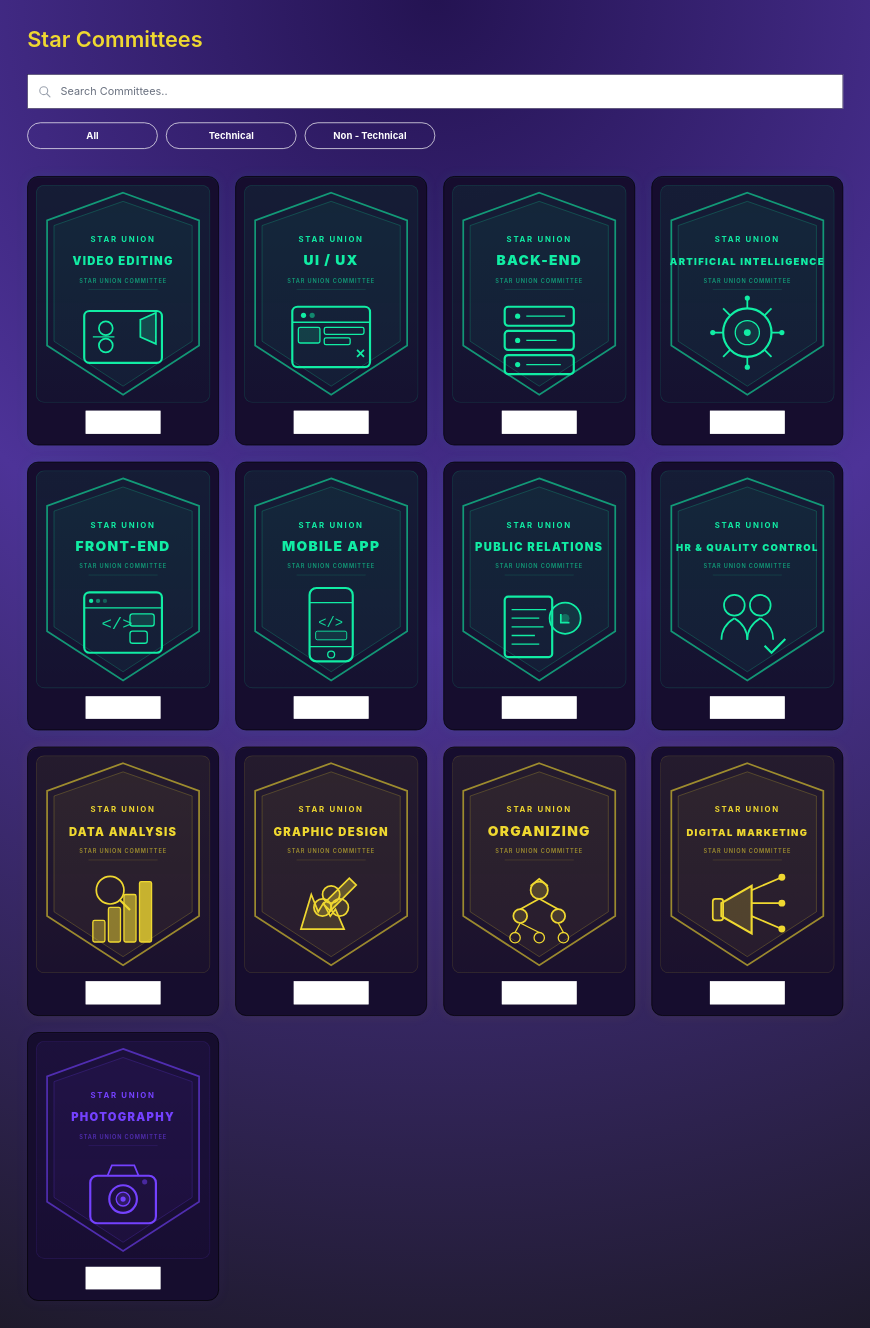
Repository: Frontend-Committee/StarUnion-Website
Page: /committees
These files come from the project's save history. The page is drawn as it stood at one moment and after the next save; the edit follows.
The browser window is 1280 px wide. The pictures show the whole page, at 68% of full size.
The project was rebuilt for these pictures with package versions that can differ from the ones it lists, and the page was loaded fresh each time. Also part of the build but not shown: vite.config.js, src/features/committees/pages/CommitteeDetailsPage.jsx, src/components/common/Navbar.jsx, src/components/common/Footer.jsx.

Above is the page before, as saved 2026-02-26 02:56:31.

### index.html
<!doctype html>
<html lang="en">
  <head>
    <meta charset="UTF-8" />
    <meta name="viewport" content="width=device-width, initial-scale=1.0" />
    <title>star-union</title>
  </head>
  <body>
    <div id="root"></div>
    <script type="module" src="/src/main.jsx"></script>
  </body>
</html>

### src/App.jsx
import { BrowserRouter, Route, Routes } from "react-router-dom";
import "./App.css";

import CommitteeDetailsPage from "./features/committees/pages/CommitteeDetailsPage";
import CommitteesPage from "./features/committees/pages/CommitteesPage";
import MainLayout from "./layouts/MainLayout";

function App() {
  return (
    <BrowserRouter>
      <Routes>
        <Route element={<MainLayout />}>
          <Route path="/committees" element={<CommitteesPage />} />
          <Route path="/committees/:slug" element={<CommitteeDetailsPage />} />
          {/* Fallback — redirect to committees for now */}
          <Route path="*" />
        </Route>
      </Routes>
    </BrowserRouter>
  );
}

export default App;

### src/App.css
@tailwind base;
@tailwind components;
@tailwind utilities;

/* Import Inter from Google Fonts */
@import url("https://fonts.googleapis.com/css2?family=Inter:wght@400;500;600;700;800;900&display=swap");

/* Base global styles */
* {
  margin: 0;
  padding: 0;
  box-sizing: border-box;
}

html {
  scroll-behavior: smooth;
}

body {
  font-family:
    "Inter",
    -apple-system,
    BlinkMacSystemFont,
    "Segoe UI",
    Roboto,
    sans-serif;
  -webkit-font-smoothing: antialiased;
  -moz-osx-font-smoothing: grayscale;
}

/* Hide scrollbar utility */
.scrollbar-hide {
  -ms-overflow-style: none;
  scrollbar-width: none;
}
.scrollbar-hide::-webkit-scrollbar {
  display: none;
}

### src/features/committees/pages/CommitteesPage.jsx
import { AnimatePresence, motion as Motion } from "framer-motion";
import { useMemo, useState } from "react";
import ScrollAnimation from "../../../components/ui/ScrollAnimation";
import {
  COMMITTEE_CATEGORIES,
  COMMITTEES_DATA,
} from "../../../utils/constants";
import CommitteeCard from "../components/CommitteeCard";

const FILTER_TABS = [
  { label: "All", value: COMMITTEE_CATEGORIES.ALL },
  { label: "Technical", value: COMMITTEE_CATEGORIES.TECHNICAL },
  { label: "Non - Technical", value: COMMITTEE_CATEGORIES.NON_TECHNICAL },
];

export default function CommitteesPage() {
  const [searchQuery, setSearchQuery] = useState("");
  const [activeFilter, setActiveFilter] = useState(COMMITTEE_CATEGORIES.ALL);

  const filteredCommittees = useMemo(() => {
    return COMMITTEES_DATA.filter((c) => {
      const matchesSearch = c.name
        .toLowerCase()
        .includes(searchQuery.toLowerCase());
      const matchesFilter =
        activeFilter === COMMITTEE_CATEGORIES.ALL || c.type === activeFilter;
      return matchesSearch && matchesFilter;
    });
  }, [searchQuery, activeFilter]);

  return (
    <section className="min-h-screen bg-gradientBg3 py-10 px-4 md:px-8">
      <div className="max-w-[1200px] mx-auto">
        {/* Page Title */}
        <ScrollAnimation variant="fade-down">
          <h1 className="text-h2 text-tertiary font-semibold mb-8">
            Star Committees
          </h1>
        </ScrollAnimation>

        {/* Search Bar */}
        <ScrollAnimation variant="fade-up" delay={100}>
          <div className="relative mb-5">
            <div className="absolute inset-y-0 left-4 flex items-center pointer-events-none">
              <svg
                className="w-5 h-5 text-gray-400"
                fill="none"
                stroke="currentColor"
                viewBox="0 0 24 24"
              >
                <path
                  strokeLinecap="round"
                  strokeLinejoin="round"
                  strokeWidth={2}
                  d="M21 21l-6-6m2-5a7 7 0 11-14 0 7 7 0 0114 0z"
                />
              </svg>
            </div>
            <input
              id="committee-search"
              type="text"
              placeholder="Search Committees.."
              value={searchQuery}
              onChange={(e) => setSearchQuery(e.target.value)}
              className="w-full  text-white pl-12 pr-4 py-3 rounded-lg border border-[#2a2050] focus:border-primary focus:outline-none placeholder-gray-500 text-body font-normal transition-colors"
            />
          </div>
        </ScrollAnimation>

        {/* Filter Tabs */}
        <ScrollAnimation variant="fade-up" delay={200}>
          <div className="flex gap-3 mb-10">
            {FILTER_TABS.map((tab) => (
              <button
                key={tab.value}
                id={`filter-${tab.value}`}
                onClick={() => setActiveFilter(tab.value)}
                className={`p-2 md:px-6 md:py-2 w-48 rounded-full text-[14px] font-bold transition-all duration-300 ${
                  activeFilter === tab.value
                    ? "bg-primary text-white border border-white"
                    : "border border-primary  text-white hover:bg-white/10"
                }`}
              >
                {tab.label}
              </button>
            ))}
          </div>
        </ScrollAnimation>

        {/* Committees Grid */}
        <Motion.div
          layout
          className="grid grid-cols-1 sm:grid-cols-2 lg:grid-cols-4 gap-6"
        >
          <AnimatePresence mode="popLayout">
            {filteredCommittees.map((committee, index) => (
              <Motion.div
                key={committee.id}
                layout
                initial={{ opacity: 0, scale: 0.9 }}
                animate={{ opacity: 1, scale: 1 }}
                exit={{ opacity: 0, scale: 0.9 }}
                transition={{ duration: 0.3 }}
              >
                <CommitteeCard
                  committee={committee}
                  delay={(index % 4) * 150}
                />
              </Motion.div>
            ))}
          </AnimatePresence>
        </Motion.div>

        {/* Empty state */}
        {filteredCommittees.length === 0 && (
          <ScrollAnimation variant="fade-up">
            <div className="text-center py-20">
              <p className="text-gray-400 text-h4">No committees found</p>
              <p className="text-gray-500 mt-2 text-body font-normal">
                Try adjusting your search or filter
              </p>
            </div>
          </ScrollAnimation>
        )}
      </div>
    </section>
  );
}

### src/layouts/MainLayout.jsx
import { Outlet } from "react-router-dom";
import Navbar from "../components/common/Navbar";
import Footer from "../components/common/Footer";

export default function MainLayout() {
  return (
    <div className="flex flex-col min-h-screen">
      {/* <Navbar /> */}
      <main className="flex-1">
        <Outlet />
      </main>
      {/* <Footer /> */}
    </div>
  );
}

### src/components/ui/ScrollAnimation.jsx
import { useEffect, useRef, useState } from 'react';

export default function ScrollAnimation({
    children,
    className = '',
    variant = 'fade-up',
    delay = 0,
    style
}) {
    const [isVisible, setIsVisible] = useState(false);
    const ref = useRef(null);

    useEffect(() => {
        const observer = new IntersectionObserver(([entry]) => {
            if (!entry) return;
            if (entry.isIntersecting) {
                setIsVisible(true);
                observer.disconnect();
            }
        }, { threshold: 0.1 });

        if (ref.current) observer.observe(ref.current);
        return () => observer.disconnect();
    }, []);

    const variants = {
        'fade-up': 'translate-y-10',
        'fade-down': '-translate-y-10',
        'fade-left': 'translate-x-10',
        'fade-right': '-translate-x-10',
        'zoom-in': 'scale-95'
    };

    return (
        <div
            ref={ref}
            className={`transition-all duration-700 ease-out ${isVisible
                ? 'opacity-100 transform-none'
                : `opacity-0 ${variants[variant]}`
            } ${className}`}
            style={{ transitionDelay: `${delay}ms`, ...style }}
        >
            {children}
        </div>
    );
}

### src/features/committees/components/CommitteeCard.jsx
import { motion as Motion } from "framer-motion";
import { Link } from "react-router-dom";
import ScrollAnimation from "../../../components/ui/ScrollAnimation";
import { ACCENT_COLORS } from "../../../utils/constants";
import CommitteeBadge from "./CommitteeBadge";

export default function CommitteeCard({ committee, delay = 0 }) {
  const color = ACCENT_COLORS[committee.accent] || ACCENT_COLORS.teal;

  return (
    <ScrollAnimation variant="fade-up" delay={delay} className="h-full">
      <Link to={`/committees/${committee.slug}`} className="block group h-full">
        <Motion.div
          whileHover={{ scale: 1.04, y: -4 }}
          transition={{ type: "spring", stiffness: 300, damping: 20 }}
          className="relative rounded-[16px] overflow-hidden border border-primary/40 bg-[#160d2e] cursor-pointer h-full flex flex-col"
          style={{
            boxShadow: `0 0 20px ${color}10, inset 0 1px 0 ${color}15`,
          }}
        >
          {/* Badge illustration area */}
          <div className="flex-1 p-3 pb-2">
            <div
              className="w-full aspect-[4/5] rounded-xl overflow-hidden flex items-center justify-center relative"
              style={{
                background: `linear-gradient(180deg, ${color}12 0%, ${color}06 100%)`,
                border: `1px solid ${color}25`,
              }}
            >
              <CommitteeBadge
                name={committee.name}
                icon={committee.icon}
                color={color}
              />
            </div>
          </div>

          {/* View Details button */}
          <div className="px-3 pb-4 pt-1 mx-auto">
            <span className="inline-block px-4 py-[6px] text-[13px] bg-white text-white border border-white/70 rounded-md font-medium group-hover:bg-white/10 transition-colors duration-200">
              View Details
            </span>
          </div>

          {/* Hover glow effect */}
          <div
            className="absolute inset-0 opacity-0 group-hover:opacity-100 transition-opacity duration-300 pointer-events-none rounded-[16px]"
            style={{
              boxShadow: `0 0 40px ${color}20, 0 0 80px ${color}10`,
            }}
          />
        </Motion.div>
      </Link>
    </ScrollAnimation>
  );
}

Loaded but not shown: src/main.jsx (common file); src/utils/constants.js (185 lines, source omitted); tailwind.config.js (158 lines, source omitted); src/features/committees/components/CommitteeBadge.jsx (604 lines, source omitted)

After the next save:
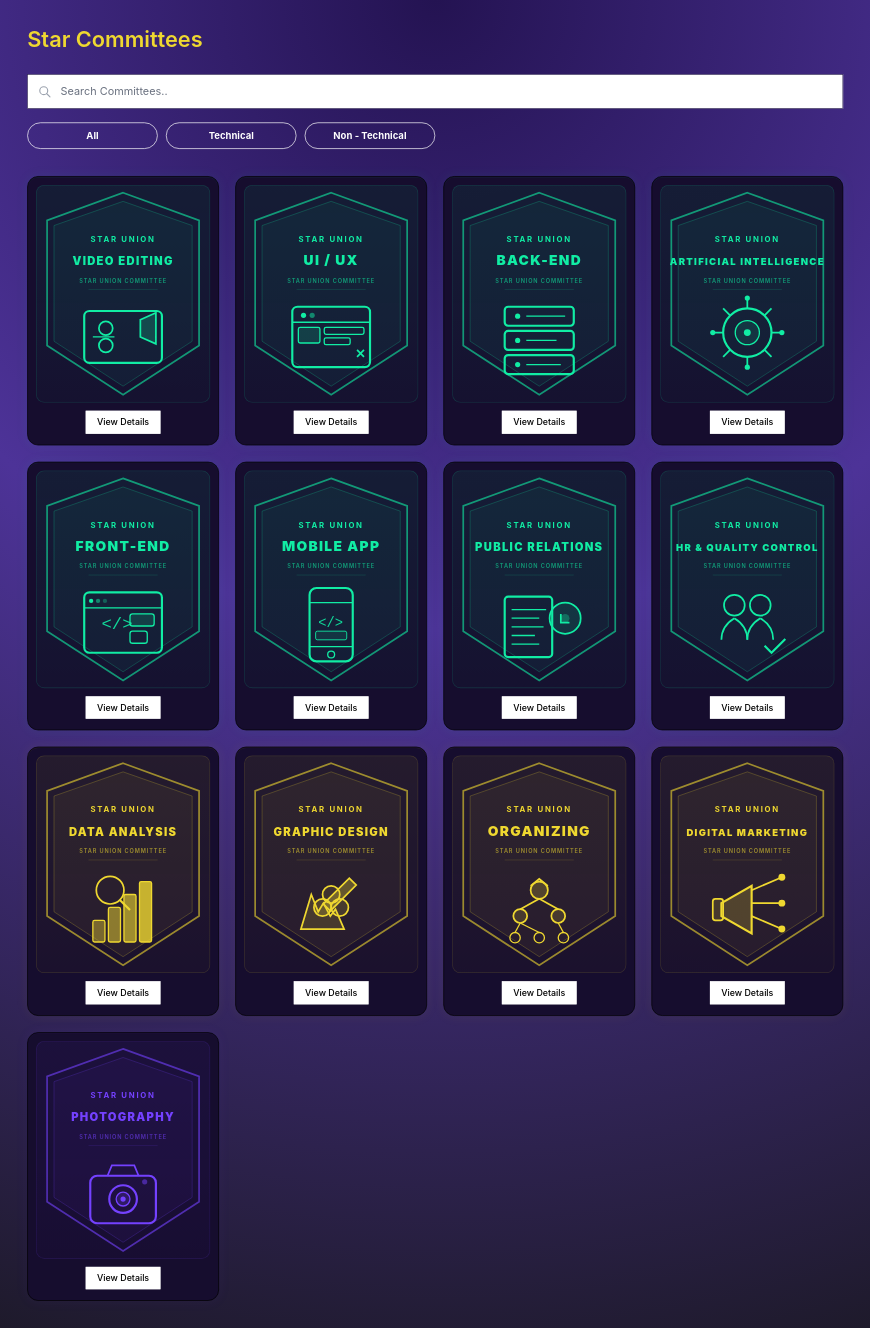
Saved 15 s later.
--- a/src/features/committees/components/CommitteeCard.jsx
+++ b/src/features/committees/components/CommitteeCard.jsx
@@ -37,7 +37,7 @@ export default function CommitteeCard({ committee, delay = 0 }) {
 
           {/* View Details button */}
           <div className="px-3 pb-4 pt-1 mx-auto">
-            <span className="inline-block px-4 py-[6px] text-[13px] bg-white text-white border border-white/70 rounded-md font-medium group-hover:bg-white/10 transition-colors duration-200">
+            <span className="inline-block px-4 py-[6px] text-[13px] bg-white text-primary border border-white/70 rounded-md font-medium group-hover:bg-white/10 transition-colors duration-200">
               View Details
             </span>
           </div>
